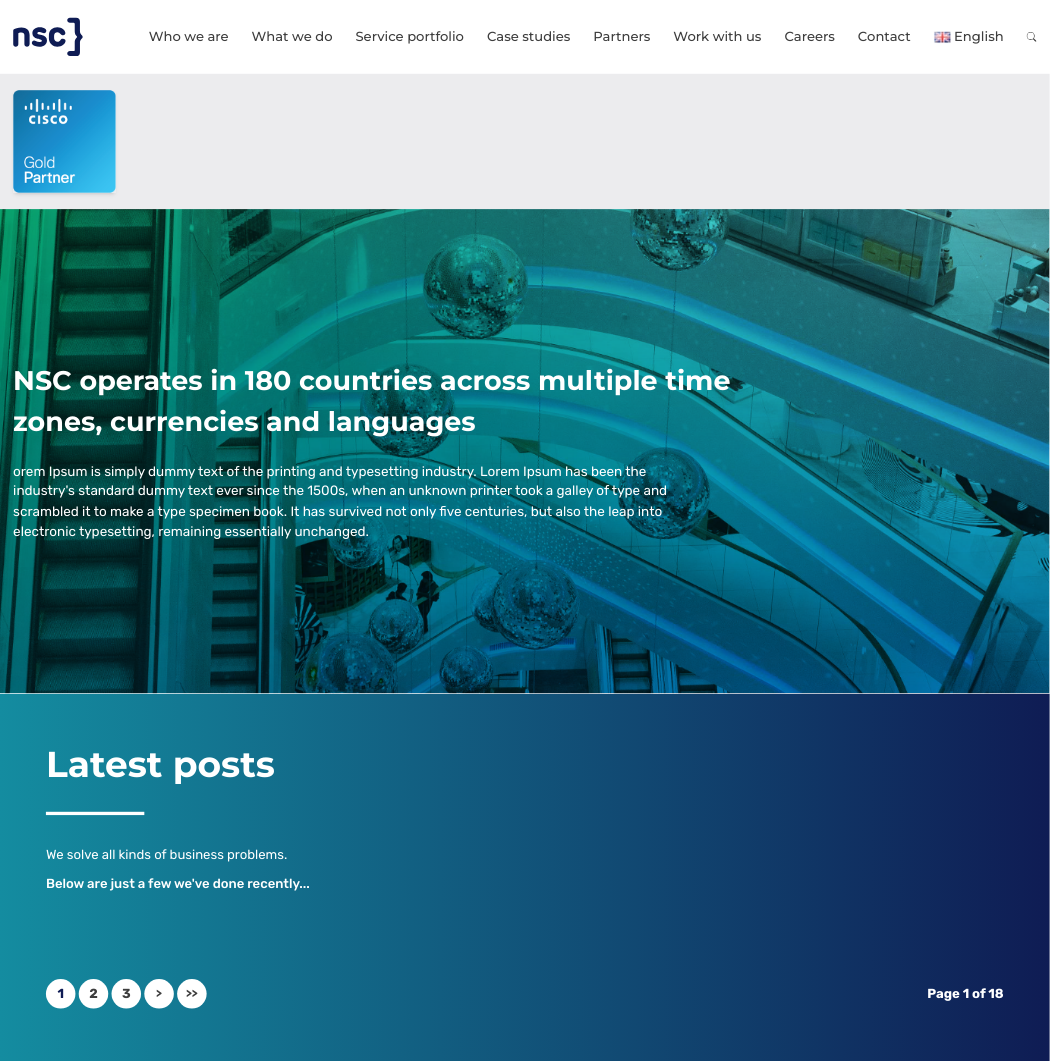
Repository: spaceship9999/ReactIsBack
Page: /
An editor plug-in stored every save of this project. The page is shown before and after the next save, followed by the edit.
The browser window is 1280 px wide. The pictures show the whole page, at 82% of full size.
The page's requests for data from a server got no answer. The project was rebuilt for these pictures with package versions that can differ from the ones it lists, and the page was loaded fresh each time. The framework's server and built-in components were replaced by stand-ins that run in the browser. No one was signed in, and anything a server would have sent is missing. Also part of the build but not shown: next.config.js.

Above is the page before, as saved 2023-03-26 14:08:00.

After the next save:
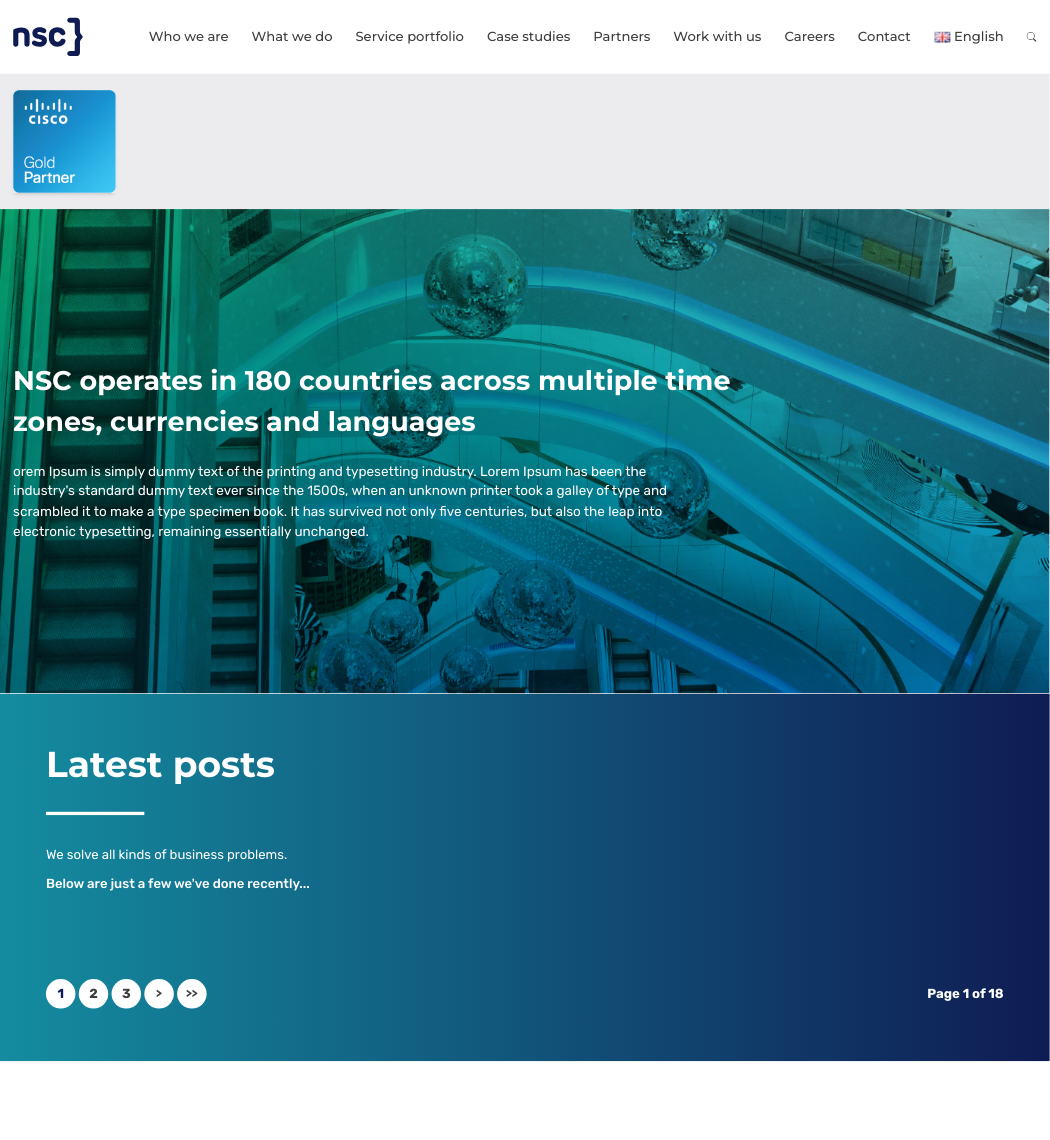
Saved 67 s later.
--- a/src/app/page.tsx
+++ b/src/app/page.tsx
@@ -5,6 +5,7 @@
 import Award from "./Award";
 import Banner from "./Banner";
 import Posts from "./Posts";
+import SingleColumnTextMedia from "./SingleColumnTextMedia";
 
 export default function Home() {
   return (
@@ -15,6 +16,9 @@
         heading="NSC operates in 180 countries across multiple time zones, currencies and languages"
         image="/img/Cisco_Banner.png" content="orem Ipsum is simply dummy text of the printing and typesetting industry. Lorem Ipsum has been the industry's standard dummy text ever since the 1500s, when an unknown printer took a galley of type and scrambled it to make a type specimen book. It has survived not only five centuries, but also the leap into electronic typesetting, remaining essentially unchanged." position={""}/>
       <Posts></Posts>
+      <SingleColumnTextMedia heading="">
+
+      </SingleColumnTextMedia>
     </main>
   )
 }
